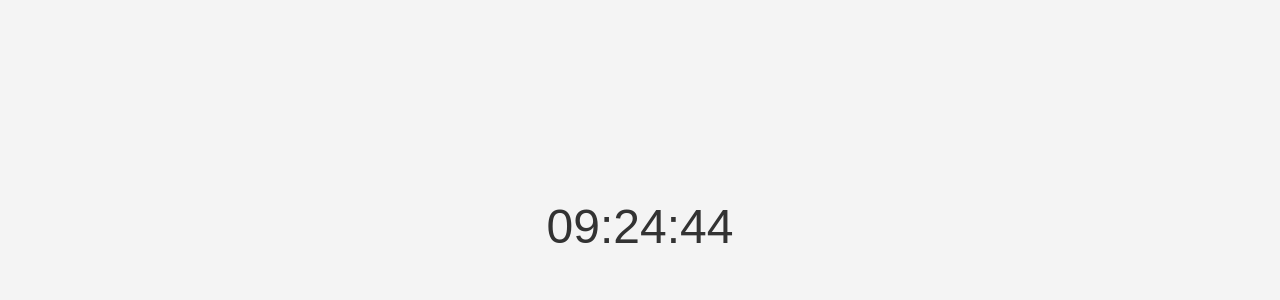
Repository: razrednicasopis/razrednicasopis.github.io
Page: Resources/ura.html
These files come from the project's save history. The page is drawn as it stood at one moment and after the next save; the edit follows.
The browser window is 1280 px wide. The pictures show the whole page.

Above is the page before, as saved 2024-03-08 08:31:35.
Console error: TypeError: Cannot read properties of null (reading 'addEventListener')

After the next save:
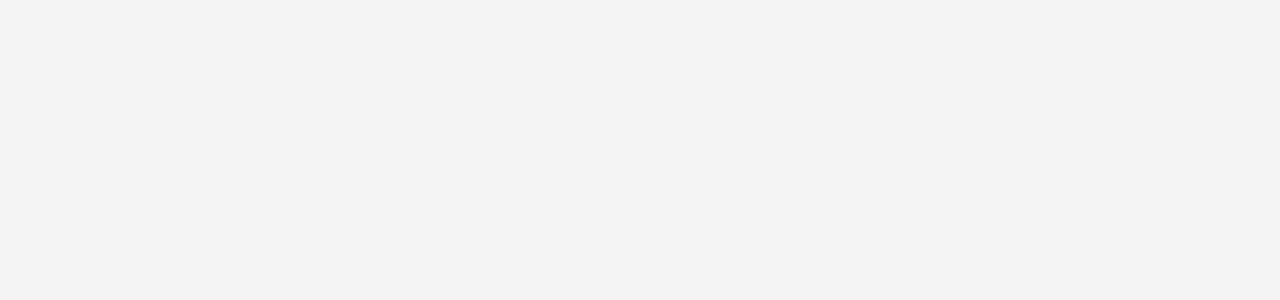
Saved 11 s later.
--- a/Resources/ura.html
+++ b/Resources/ura.html
@@ -25,22 +25,6 @@
 
   <script src="alerts.js"></script>
   <script src="maintenancemode.js"></script>
-  <script>
-    function updateClock() {
-      const now = new Date();
-      const hours = String(now.getHours()).padStart(2, '0');
-      const minutes = String(now.getMinutes()).padStart(2, '0');
-      const seconds = String(now.getSeconds()).padStart(2, '0');
-
-      const time = `${hours}:${minutes}:${seconds}`;
-      document.getElementById('clock').innerText = time;
-    }
-
-    // Update every second
-    setInterval(updateClock, 1000);
-
-    // Initial call to set the initial time
-    updateClock();
-  </script>
+  <script src=""
 </body>
 </html>

After the 2 saves that followed:
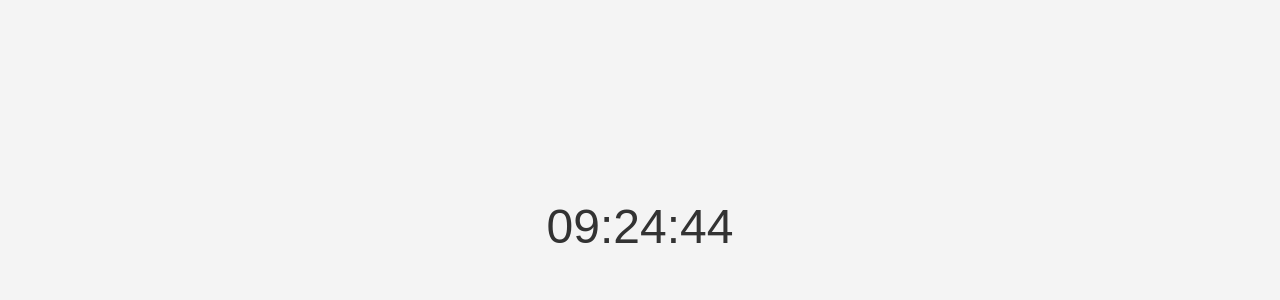
The 2 saves are shown as one change because they came seconds apart.
The last was saved 7 s later.
--- a/Resources/ura.html
+++ b/Resources/ura.html
@@ -25,6 +25,6 @@
 
   <script src="alerts.js"></script>
   <script src="maintenancemode.js"></script>
-  <script src=""
+  <script src="system.js"></script>
 </body>
 </html>
